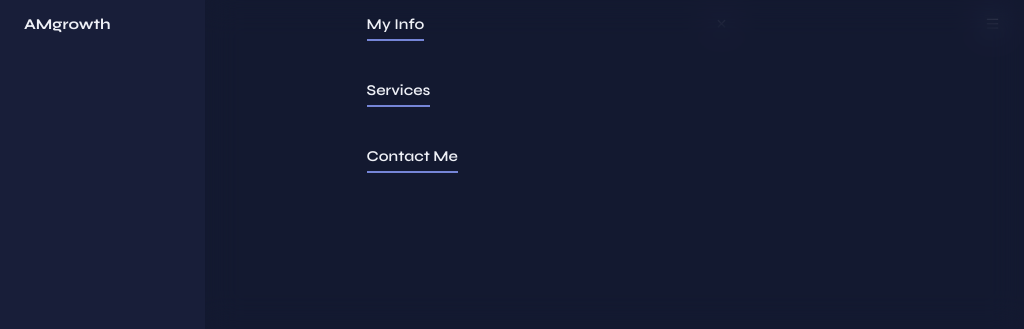
Repository: Ademaulana100499/portofolio
Page: index.html
An editor plug-in stored every save of this project. The page is shown before and after the next save, followed by the edit.
The browser window is 1024 px wide. The pictures show the whole page.
Some web fonts or font styles are not loaded; a fallback is used.

Above is the page before, as saved 2024-11-28 15:06:59.

After the next save:
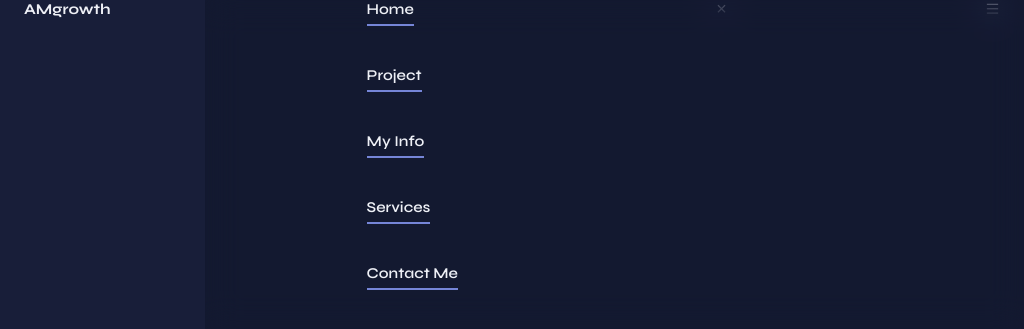
Saved 71 s later.
--- a/assets/css/style.css
+++ b/assets/css/style.css
@@ -141,7 +141,6 @@
   height: var(--header-height);
   display: flex;
   justify-content: space-between;
-  align-items: center;
 }
 
 .nav__logo {
@@ -167,7 +166,6 @@
     height: 100%;
     padding: 7rem 3rem;
     transition: right 0.4s;
-    text-align: center;
   }
 }
 .nav__list {
